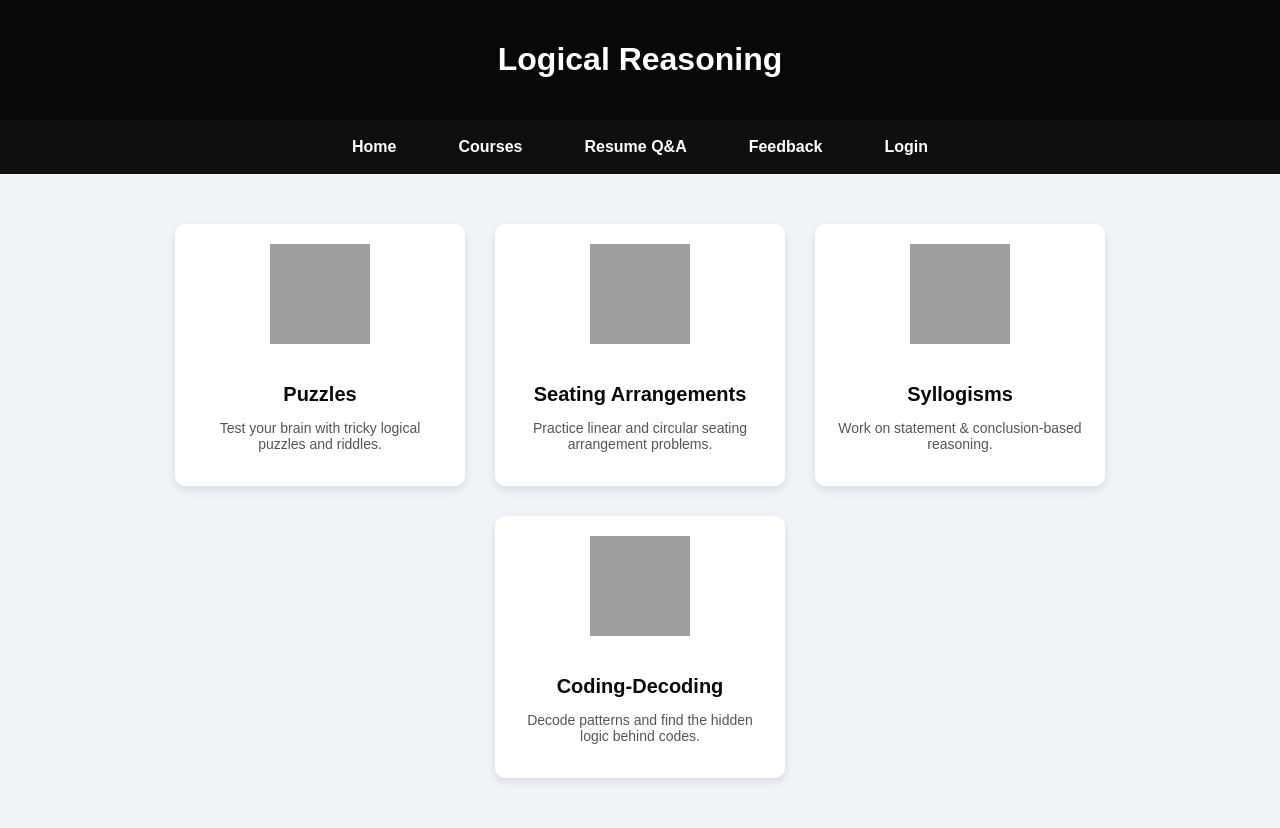
Repository: Mathin04/Online-Interview-Platform-
Page: urls/logical.html
An editor plug-in stored every save of this project. The page is shown before and after the next save, followed by the edit.
The browser window is 1280 px wide. The pictures show the whole page.
Pictures or frames that could not be fetched are drawn as grey boxes.

Above is the page before, as saved 2025-10-08 13:48:39.

After the next save:
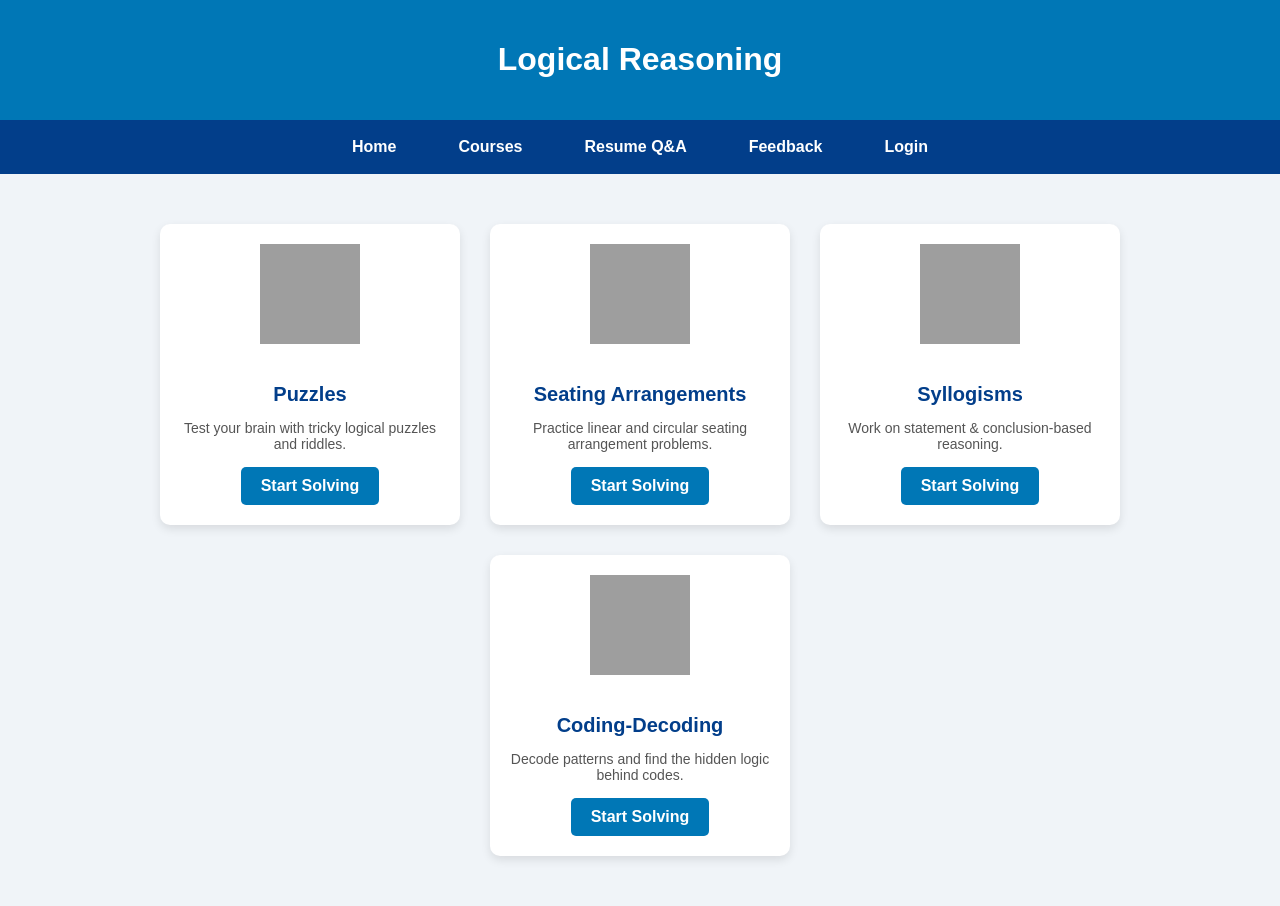
Saved 105 s later.
--- a/urls/logical.html
+++ b/urls/logical.html
@@ -13,7 +13,7 @@
 
     header {
       padding: 20px;
-      background: #080808;
+      background: #0077b6;
       color: white;
       text-align: center;
     }
@@ -21,7 +21,7 @@
     nav {
       display: flex;
       justify-content: center;
-      background: #0f0f0f;
+      background: #023e8a;
       padding: 10px 0;
     }
 
@@ -36,7 +36,7 @@
     }
 
     nav a:hover {
-      background: #080808;
+      background: #0077b6;
     }
 
     .logical-container {
@@ -51,11 +51,10 @@
       background: white;
       border-radius: 10px;
       box-shadow: 0 4px 10px rgba(0,0,0,0.1);
-      width: 250px;
+      width: 260px;
       text-align: center;
       padding: 20px;
       transition: 0.3s;
-      cursor: pointer;
     }
 
     .logical-card:hover {
@@ -72,12 +71,30 @@
     .logical-card h3 {
       font-size: 20px;
       margin-bottom: 10px;
-      color: #090909;
+      color: #023e8a;
     }
 
     .logical-card p {
       font-size: 14px;
       color: #555;
+      margin-bottom: 15px;
+    }
+
+    .start-btn {
+      display: inline-block;
+      padding: 10px 20px;
+      background: #0077b6;
+      color: white;
+      border: none;
+      border-radius: 5px;
+      cursor: pointer;
+      text-decoration: none;
+      font-weight: bold;
+      transition: 0.3s;
+    }
+
+    .start-btn:hover {
+      background: #023e8a;
     }
 
     @media screen and (max-width: 768px) {
@@ -101,28 +118,32 @@
 </nav>
 
 <div class="logical-container">
-  <div class="logical-card" onclick="location.href='puzzles.html'">
+  <div class="logical-card">
     <img src="../images/puzzle.png" alt="Puzzles">
     <h3>Puzzles</h3>
     <p>Test your brain with tricky logical puzzles and riddles.</p>
+    <a href="puzzles.html" class="start-btn">Start Solving</a>
   </div>
 
-  <div class="logical-card" onclick="location.href='seating.html'">
+  <div class="logical-card">
     <img src="../images/seating.png" alt="Seating">
     <h3>Seating Arrangements</h3>
     <p>Practice linear and circular seating arrangement problems.</p>
+    <a href="seating.html" class="start-btn">Start Solving</a>
   </div>
 
-  <div class="logical-card" onclick="location.href='syllogisms.html'">
+  <div class="logical-card">
     <img src="../images/syllogism.png" alt="Syllogisms">
     <h3>Syllogisms</h3>
     <p>Work on statement & conclusion-based reasoning.</p>
+    <a href="syllogisms.html" class="start-btn">Start Solving</a>
   </div>
 
-  <div class="logical-card" onclick="location.href='coding.html'">
+  <div class="logical-card">
     <img src="../images/coding.png" alt="Coding-Decoding">
     <h3>Coding-Decoding</h3>
     <p>Decode patterns and find the hidden logic behind codes.</p>
+    <a href="coding.html" class="start-btn">Start Solving</a>
   </div>
 </div>
 
